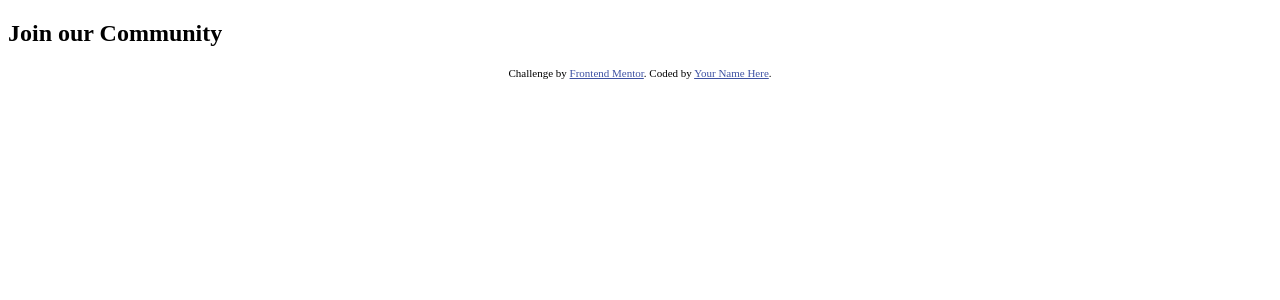
Repository: OmniaRafat232111121/single-price-grid-component-master
Page: index.html
The author's editor kept a copy of each file at every save. The page is drawn from the files as they stood at one save, then again after a run of saves.
The browser window is 1280 px wide. The pictures show the whole page.

Above is the page before, as saved 2022-06-28 00:08:46.

After the next 4 saves:
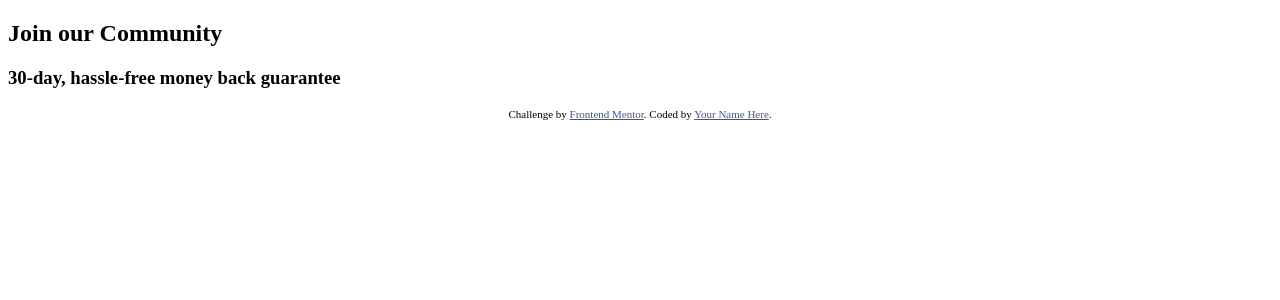
The 4 saves are shown as one change because they came seconds apart.
The last was saved 18 s later.
--- a/index.html
+++ b/index.html
@@ -19,6 +19,7 @@
   <di class="card">
     <section class="bg-white section ">
       <h2>Join our Community</h2>
+      <h3>30-day, hassle-free money back guarantee</h3>
 
     </section>
   </di>
